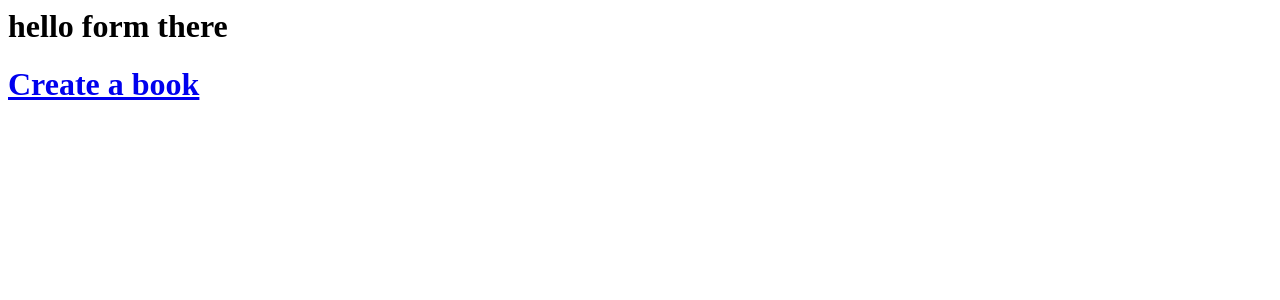
Repository: RaghdaMadiane/django
Page: http://localhost/books/
The author's editor kept a copy of each file at every save. The page is drawn from the files as they stood at one save, then again after the next save.
The browser window is 1280 px wide. The pictures show the whole page.
The page is served by the project's application, run on Django 3.2 (manage.py). Other server files are loaded and not shown.

Above is the page before, as saved 2021-04-21 16:50:50.

### books/templates/books/index.html
<h1>hello form there<h1>
<a  href='create' type="button" > Create a book </a>

### books/views.py
from django.shortcuts import render,redirect
from django.http import HttpResponse
from .forms import BookForm
# Create your views here.
def index(request):
    return render(request,"books/index.html")
def create(request):
    form=BookForm(request.POST or None)
    if form.is_valid():
        form.save()
        return redirect("index")
    return render(request,"books/create.html",{
        "form" : form
    })

### book/urls.py
"""book URL Configuration

The `urlpatterns` list routes URLs to views. For more information please see:
    https://docs.djangoproject.com/en/3.2/topics/http/urls/
Examples:
Function views
    1. Add an import:  from my_app import views
    2. Add a URL to urlpatterns:  path('', views.home, name='home')
Class-based views
    1. Add an import:  from other_app.views import Home
    2. Add a URL to urlpatterns:  path('', Home.as_view(), name='home')
Including another URLconf
    1. Import the include() function: from django.urls import include, path
    2. Add a URL to urlpatterns:  path('blog/', include('blog.urls'))
"""
from django.contrib import admin
from django.urls import path
from django.urls import include

urlpatterns = [
    path('admin/', admin.site.urls),
    path('books/',include("books.urls")),
]

### books/urls.py

from django.urls import path
from . import views

urlpatterns = [
   path("",views.index,name='index'),
   path("create",views.create, name='create')
]

After the next save:
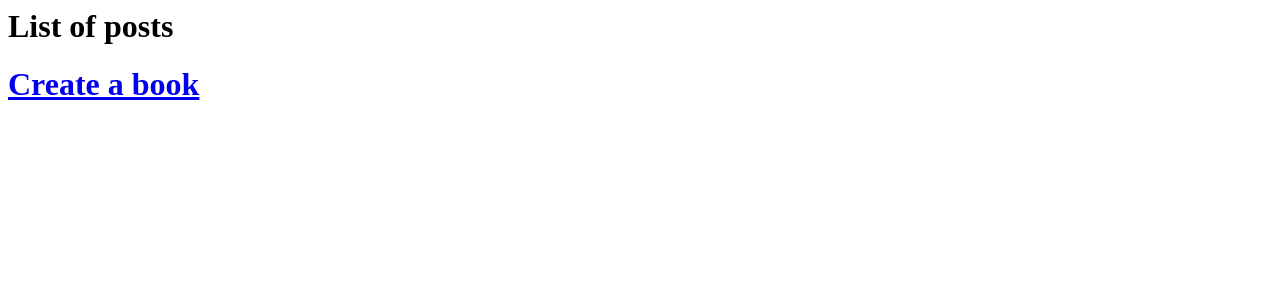
Saved 78 s later.
--- a/books/templates/books/index.html
+++ b/books/templates/books/index.html
@@ -1,2 +1,2 @@
-<h1>hello form there<h1>
+<h1>List of posts<h1>
 <a  href='create' type="button" > Create a book </a>
